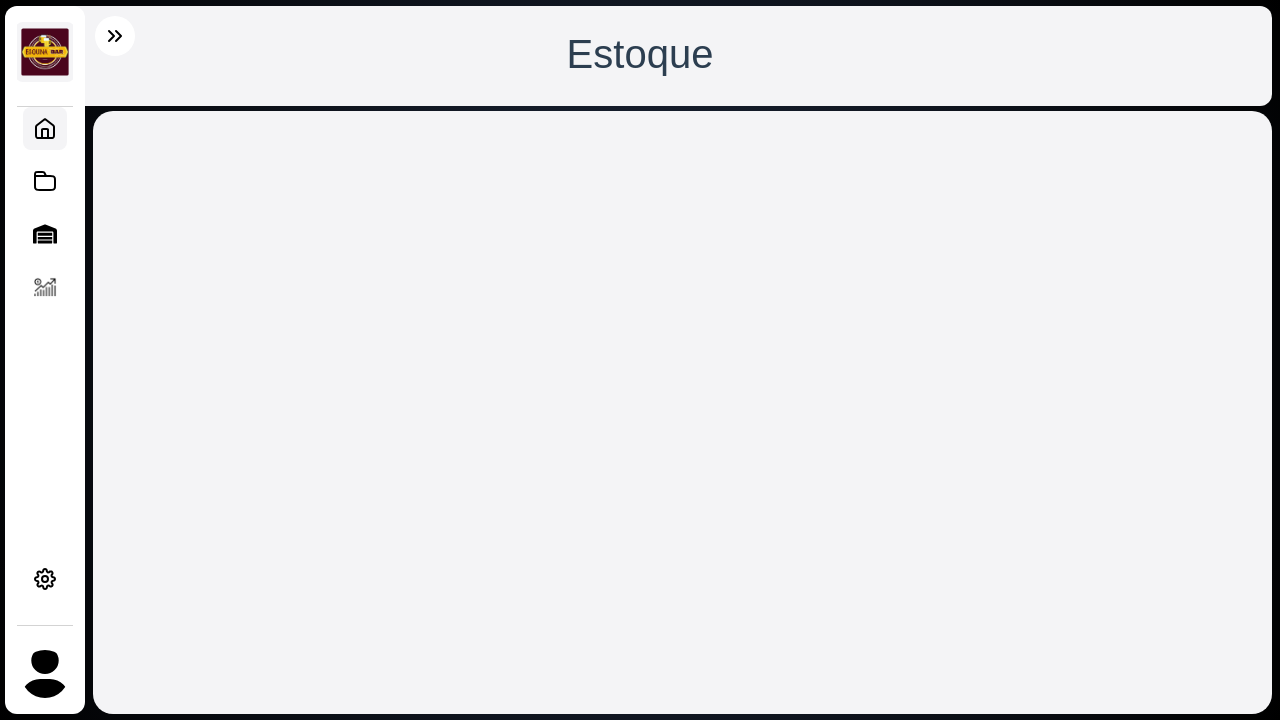
Repository: jazaoo13/Projeto_Oficina_Integracao
Page: / (app in Aplicacao_vue/)
An editor plug-in stored every save of this project. The page is shown before and after the next save, followed by the edit.
The browser window is 1280 px wide. The page is 1287 px wide, so the pictures cover 1287 px, including what lies to the right of the window. The pictures show the whole page.
The page's requests for data from a server got no answer. The project was rebuilt for these pictures with package versions that can differ from the ones it lists, and the page was loaded fresh each time. No one was signed in, and anything a server would have sent is missing. Also part of the build but not shown: Aplicacao_vue/vue.config.js, Aplicacao_vue/src/View/jazao.vue.

Above is the page before, as saved 2023-11-19 14:45:15.

After the next save:
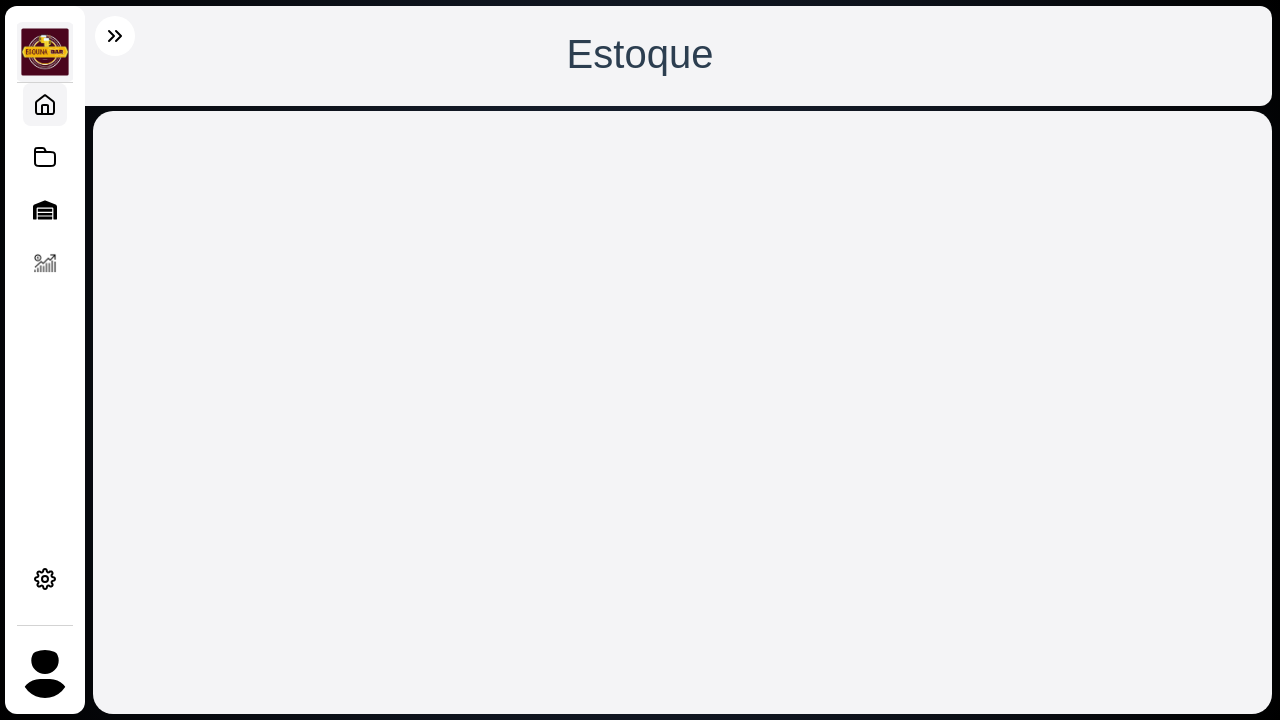
Saved 28 s later.
--- a/Aplicacao_vue/src/View/Sidebar.vue
+++ b/Aplicacao_vue/src/View/Sidebar.vue
@@ -157,8 +157,6 @@ h2 {
     padding-bottom: 1.5rem;
 }
 .sidebar-header {
-    margin-bottom: 1.5rem;
-
     &.isActive {
         justify-content: start;
         align-items: stretch;
